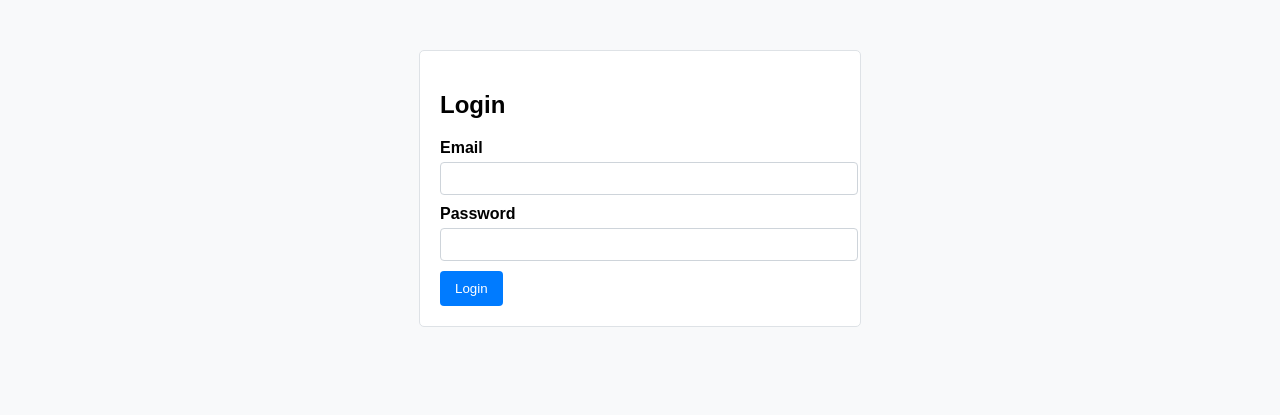
Repository: NarendarPaindla/csAlpha
Page: http://localhost/employeeLeaveMangement/login.jsp
An editor plug-in stored every save of this project. The page is shown before and after the next save, followed by the edit.
The browser window is 1280 px wide. The pictures show the whole page.
The page is served by Tomcat 10. Other server files are loaded and not shown.

Above is the page before, as saved 2025-02-03 04:27:41.

### employeeLeaveMangement/src/main/webapp/login.jsp
<%@ page language="java" contentType="text/html; charset=UTF-8"
    pageEncoding="UTF-8"%>
<!DOCTYPE html>
<html>
<head>
<meta charset="UTF-8">
<title>Login</title>
<style>
 body {
        font-family: Arial, sans-serif;
        background-color: #f8f9fa;
      }
      .container {
        max-width: 400px;
        margin: 50px auto;
        background: #fff;
        padding: 20px;
        border: 1px solid #dee2e6;
        border-radius: 5px;
      }
      h2 {
        margin-bottom: 20px;
      }
      .form-label {
        display: block;
        margin-bottom: 5px;
        font-weight: bold;
      }
      .form-control {
        width: 100%;
        padding: 8px;
        margin-bottom: 10px;
        border: 1px solid #ced4da;
        border-radius: 4px;
      }
      .btn {
        padding: 10px 15px;
        border: none;
        border-radius: 4px;
        background-color: #007bff;
        color: white;
        cursor: pointer;
      }
      .btn:hover {
        background-color: #0056b3;
      }
      .alert {
        padding: 10px;
        background-color: #d1ecf1;
        border: 1px solid #bee5eb;
        border-radius: 4px;
        margin-bottom: 10px;
        color: #0c5460;
      }
      a {
        color: #007bff;
        text-decoration: none;
      }
      a:hover {
        text-decoration: underline;
      }
</style>
</head>
<body>
<div class="container">
<h2>Login</h2>
<form action="login" method="post">
<div>
<label class="form-label">Email</label>
<input type="email" name="email" class="form-control" required>
</div>
<div>
<label class="form-label">Password</label>
<input type="password" name="password" class="form-control" required>
</div>
<button type="submit" class="btn">Login</button>
</form>
</div>
</body>
</html>

After the next save:
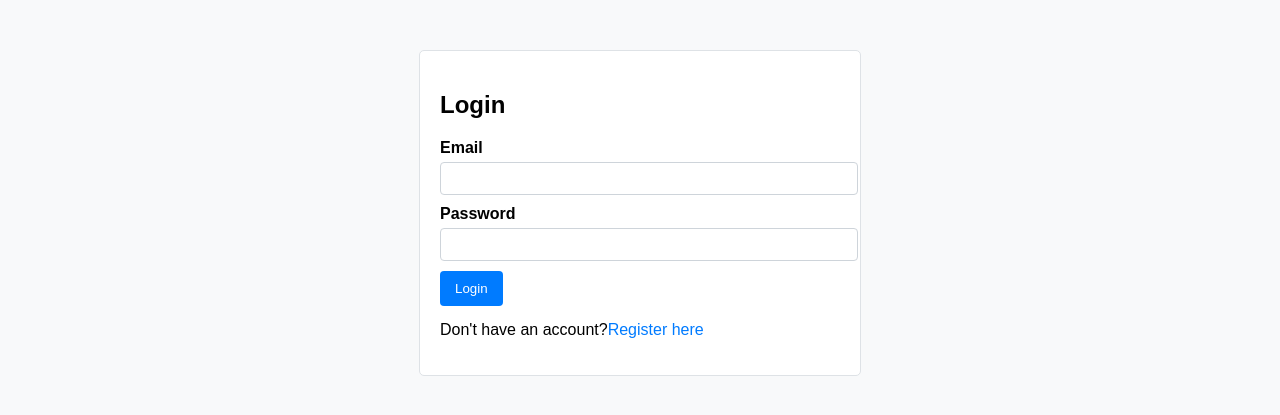
Saved 10 min 28 s later.
--- a/employeeLeaveMangement/src/main/webapp/login.jsp
+++ b/employeeLeaveMangement/src/main/webapp/login.jsp
@@ -75,6 +75,9 @@
 </div>
 <button type="submit" class="btn">Login</button>
 </form>
+<p style="margin-top: 15px;">
+Don't have an account?<a href="">Register here</a>
+</p>
 </div>
 </body>
 </html>
